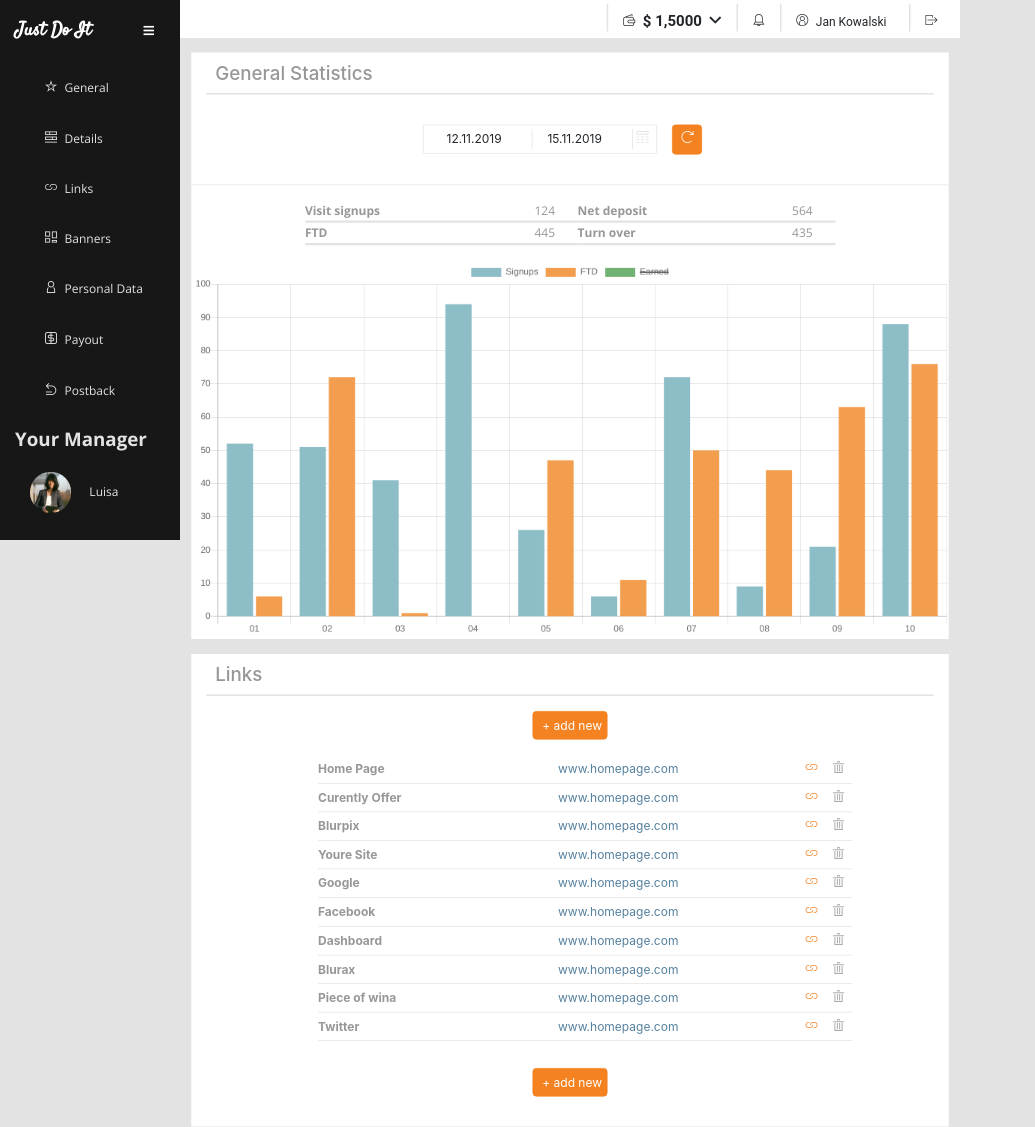
Repository: OllaWilk/wwwJustDoIt
Page: index.html
An editor plug-in stored every save of this project. The page is shown before and after the next save, followed by the edit.
The browser window is 1280 px wide. The page is 1280 px wide, then 1380 px, so the pictures cover 1380 px, including what lies to the right of the window. The pictures show the whole page, at 75% of full size.
Some web libraries are served in a nearby version. The style sheet was rebuilt from its Sass, Less or Tailwind sources for each picture, by a compiler version that may differ from the author's.

Above is the page before, as saved 2019-12-25 16:19:01.

After the next save:
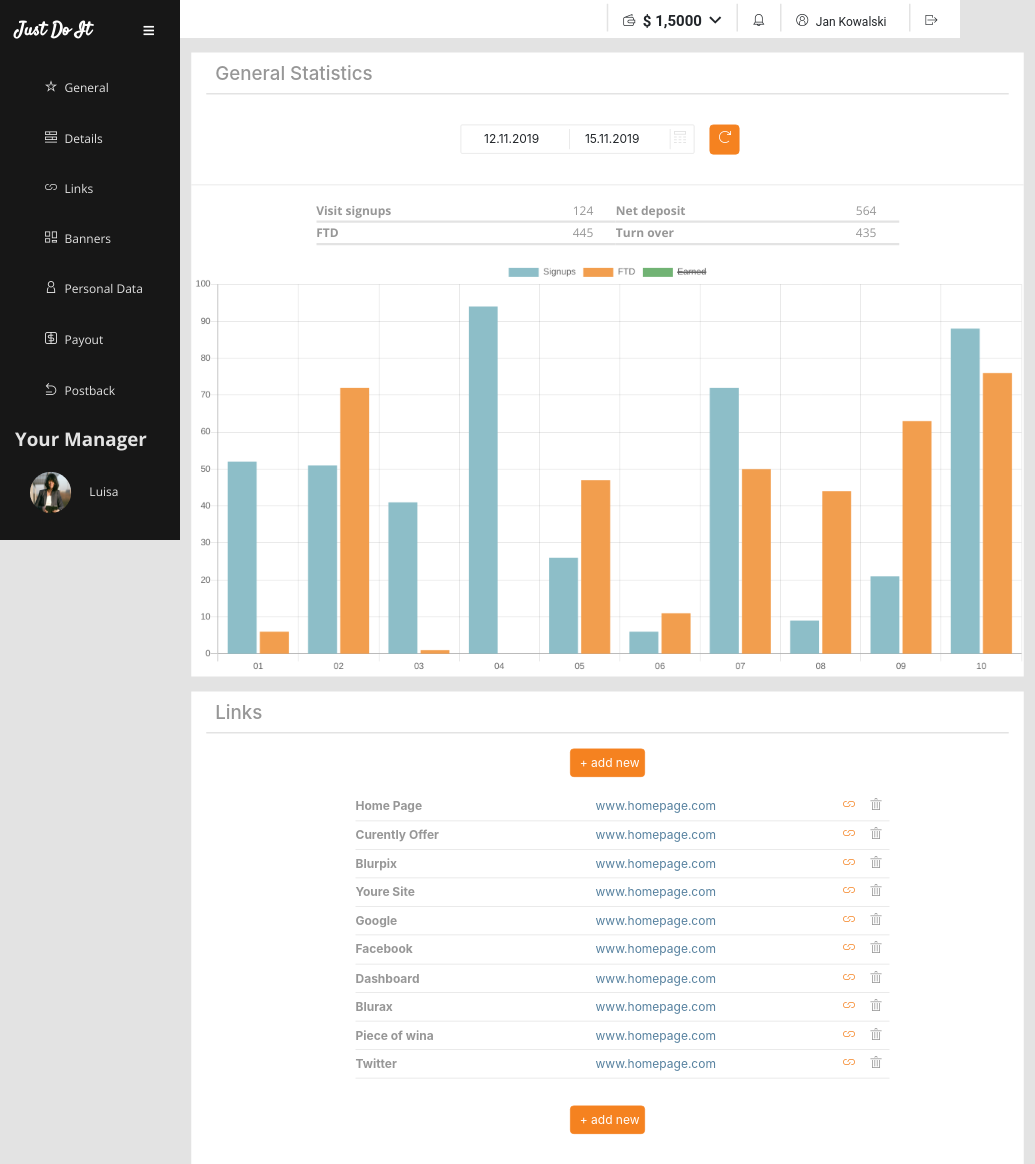
Saved 61 s later.
--- a/sass/_layout.scss
+++ b/sass/_layout.scss
@@ -16,7 +16,7 @@
 }
 
 .container {
-    width: calc(100% - 240px); //NIE DZIAŁA DLACZEGO?
+    width: 100%; //NIE DZIAŁA DLACZEGO?
     top: 70px;
     left: 240px;
     position: absolute;
